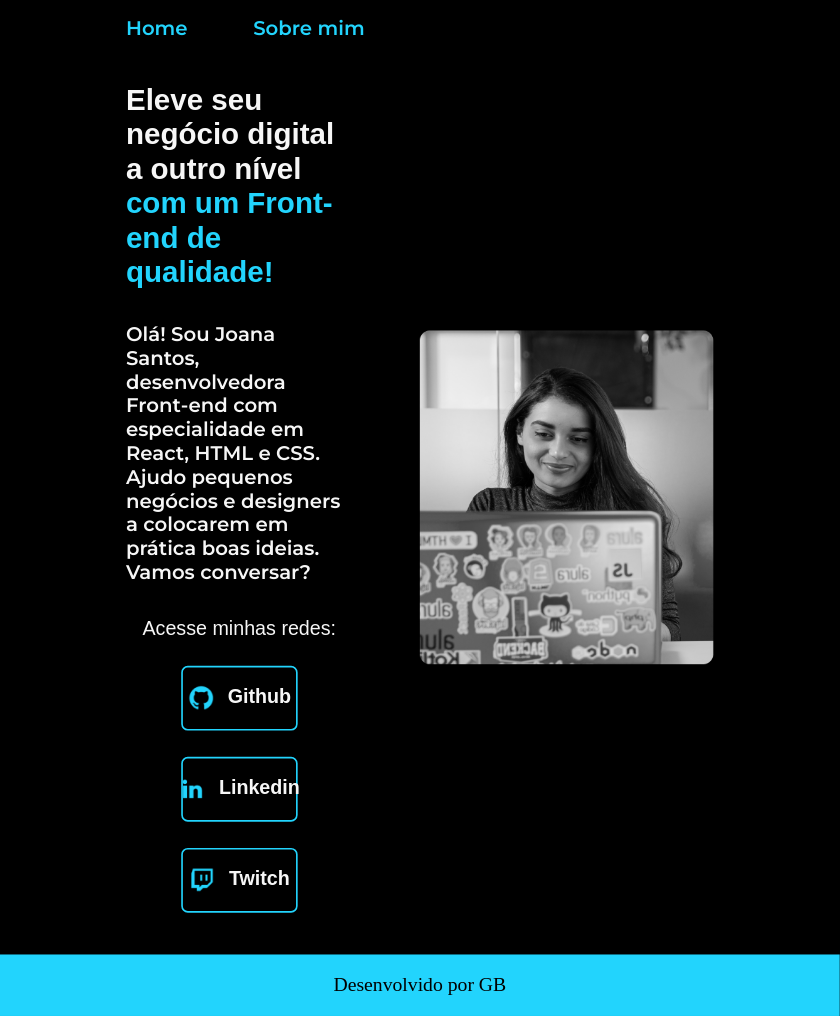
Repository: YoungAkira/CursoHtmlCss
Page: index.html
These files come from the project's save history. The page is drawn as it stood at one moment and after the next save; the edit follows.
The browser window is 1024 px wide. The pictures show the whole page, at 82% of full size.
Some web fonts or font styles are not loaded; a fallback is used.

Above is the page before, as saved 2023-05-24 13:16:44.

After the next save:
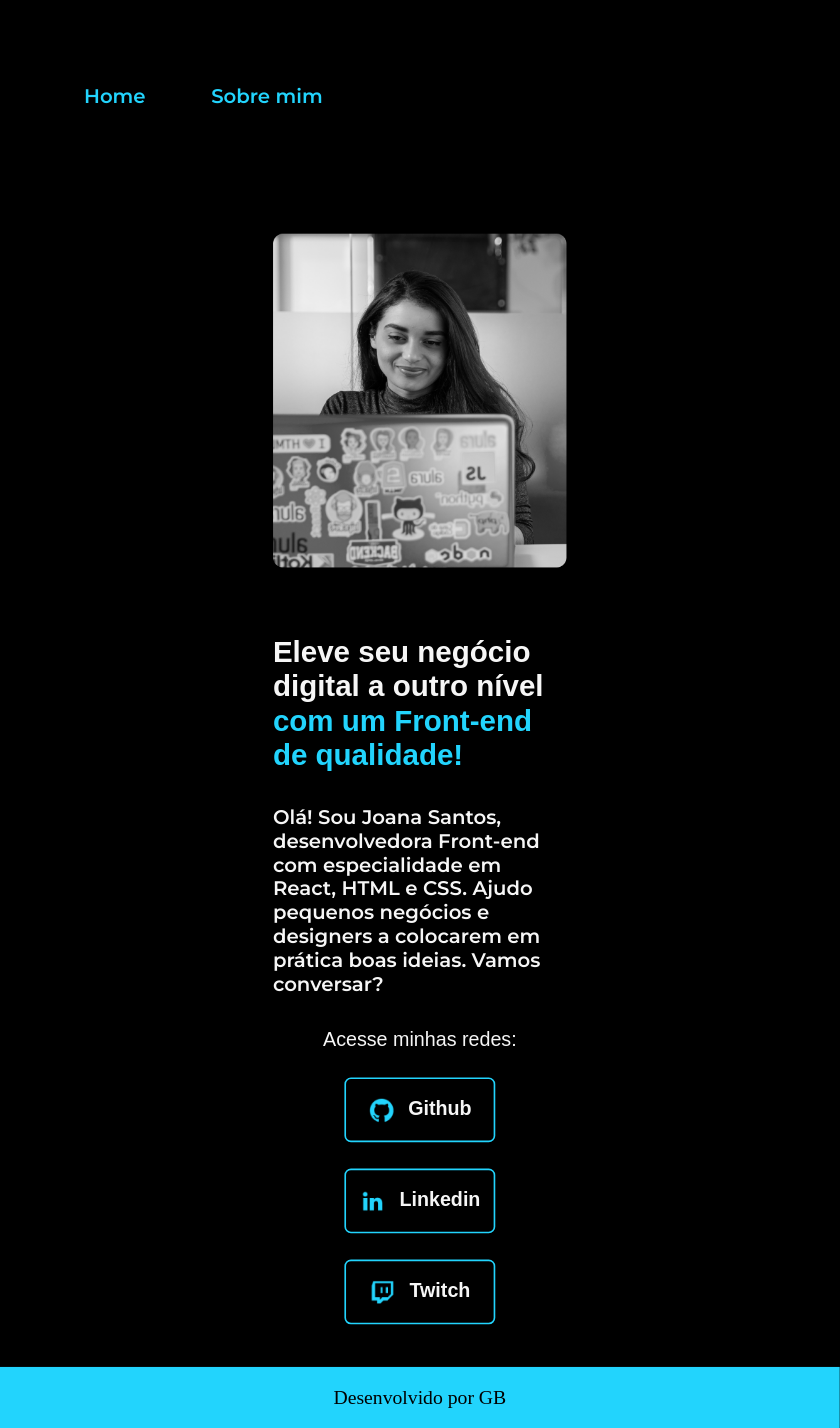
Saved 99 s later.
--- a/style/style.css
+++ b/style/style.css
@@ -137,13 +137,18 @@ body {
     font-weight: 400;
 }
 
-@media (max-width: 1200ox) {
+@media (max-width: 1200px) {
     .cabecalho{
         padding: 10%;
     }
 
+.cabecalho_menu{
 
-    .apresentacao {
+
+}
+
+.apresentacao {
         flex-direction: column-reverse;
     }
+
 }
